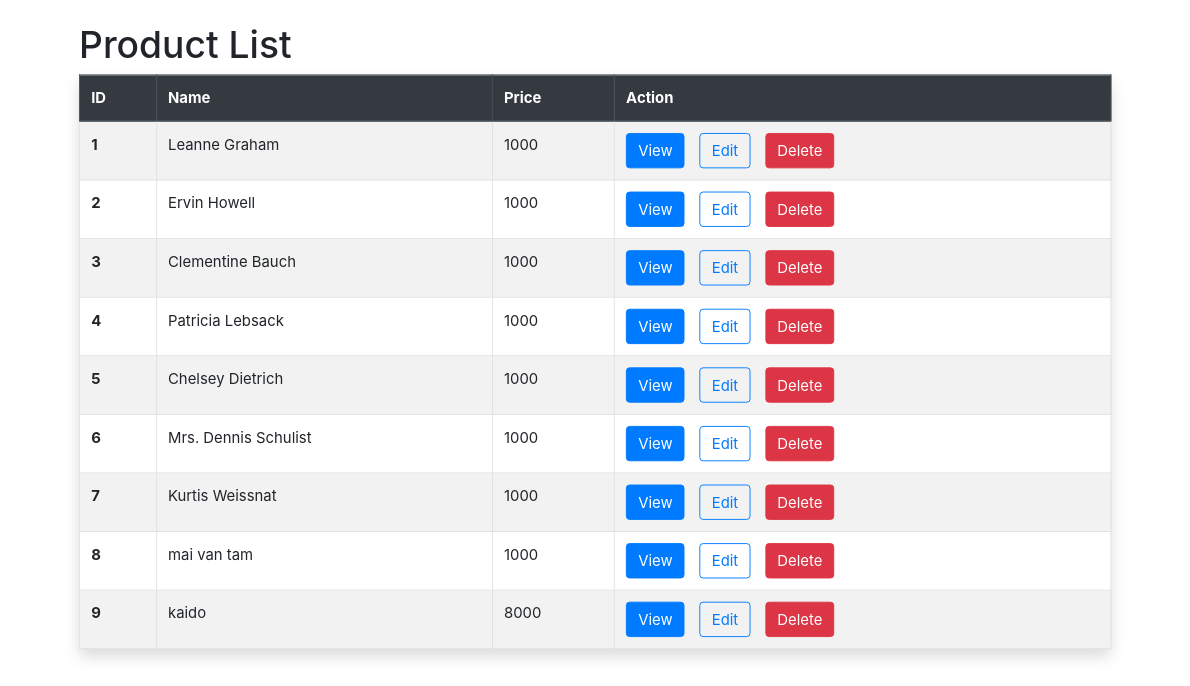
Repository: tammv/crud_product
Page: /manage-product
An editor plug-in stored every save of this project. The page is shown before and after the next save, followed by the edit.
The browser window is 1280 px wide. The pictures show the whole page, at 93% of full size.
The project was rebuilt for these pictures with package versions that can differ from the ones it lists, and the page was loaded fresh each time. Requests to the local data server were answered from the project's data file. Also part of the build but not shown: src/index.css, src/components/pages/NotFound.js, src/components/products/UpdateProduct.js, src/components/products/Product.js, src/components/products/AddProduct.js, src/components/layout/Navbar.js.

Above is the page before, as saved 2023-07-10 21:41:54.

### src/App.js
import React from "react";
import { BrowserRouter as Router, Routes, Route, Navigate } from "react-router-dom";
import ManageProduct from "./components/pages/ManageProduct";
import NotFound from "./components/pages/NotFound";
import UpdateProduct from "./components/products/UpdateProduct";
import Product from "./components/products/Product";
import AddProduct from "./components/products/AddProduct";
import "bootstrap/dist/css/bootstrap.min.css";
import Navbar from "./components/layout/Navbar";

function App() {
  return (
    <Router>
      <div className="App">
        <Routes>
          <Route path="/nav-bả" element={<Navbar />} />
          <Route path="/manage-product" element={<ManageProduct />} />
          <Route path="/products/add" element={<AddProduct />} />
          <Route path="/products/update/:id" element={<UpdateProduct />} />
          <Route path="/products/:id" element={<Product />} />
          <Route path="*" element={<NotFound />} />
        </Routes>
      </div>
    </Router>
  );
}

export default App;

### src/components/pages/ManageProduct.js
import React, { useState, useEffect } from "react";
import axios from "axios";
import { Link } from "react-router-dom";

const ManageProduct = () => {
  const [products, setProducts] = useState([]);
  const [successMessage, setSuccessMessage] = useState("");
  const [errorMessage, setErrorMessage] = useState("");

  useEffect(() => {
    loadProducts();
  }, []);

  const loadProducts = async () => {
    try {
      const response = await axios.get("http://localhost:3000/products");
      setProducts(response.data);
    } catch (error) {
      console.error(error);
    }
  };

  const deleteProduct = async (id) => {
    const confirmed = window.confirm("Are you sure you want to delete this product?");
    if (!confirmed) {
      return;
    }

    try {
      await axios.delete(`http://localhost:3000/products/${id}`);
      setSuccessMessage("Product deleted successfully!");
      setTimeout(() => {
        setSuccessMessage("");
        loadProducts();
      }, 3000);
    } catch (error) {
      setErrorMessage("Error deleting product");
      console.error(error);
    }
  };

  return (
    <div className="container">
      <div className="py-4">
        <h1>Product List</h1>

        {successMessage && <div className="alert alert-success">{successMessage}</div>}
        {errorMessage && <div className="alert alert-danger">{errorMessage}</div>}

        <table className="table table-bordered table-striped shadow">
          <thead className="thead-dark">
            <tr>
              <th scope="col">ID</th>
              <th scope="col">Name</th>
              <th scope="col">Price</th>
              <th scope="col">Action</th>
            </tr>
          </thead>
          <tbody>
            {products.map((product, index) => (
              <tr key={product.id}>
                <th scope="row">{index + 1}</th>
                <td>{product.name}</td>
                <td>{product.price}</td>
                <td>
                  <Link className="btn btn-primary mr-3" to={`/products/${product.id}`}>
                    View
                  </Link>
                  <Link className="btn btn-outline-primary mr-3" to={`/products/update/${product.id}`}>
                    Edit
                  </Link>
                  <button className="btn btn-danger mr-3" onClick={() => deleteProduct(product.id)}>
                    Delete
                  </button>
                </td>
              </tr>
            ))}
          </tbody>
        </table>
      </div>
    </div>
  );
};

export default ManageProduct;

### db.json
{
  "products": [
    {
      "id": 1,
      "name": "Leanne Graham",
      "price": "1000"
    },
    {
      "id": 2,
      "name": "Ervin Howell",
      "price": "1000"
    },
    {
      "id": 3,
      "name": "Clementine Bauch",
      "price": "1000"
    },
    {
      "id": 4,
      "name": "Patricia Lebsack",
      "price": "1000"
    },
    {
      "id": 5,
      "name": "Chelsey Dietrich",
      "price": "1000"
    },
    {
      "id": 6,
      "name": "Mrs. Dennis Schulist",
      "price": "1000"
    },
    {
      "id": 7,
      "name": "Kurtis Weissnat",
      "price": "1000"
    },
    {
      "id": 8,
      "name": "mai van tam",
      "price": "1000"
    },
    {
      "name": "kaido",
      "price": "8000",
      "id": 9
    }
  ]
}

Loaded but not shown: public/index.html (common file); src/index.js (common file); src/reportWebVitals.js (common file)

After the next save:
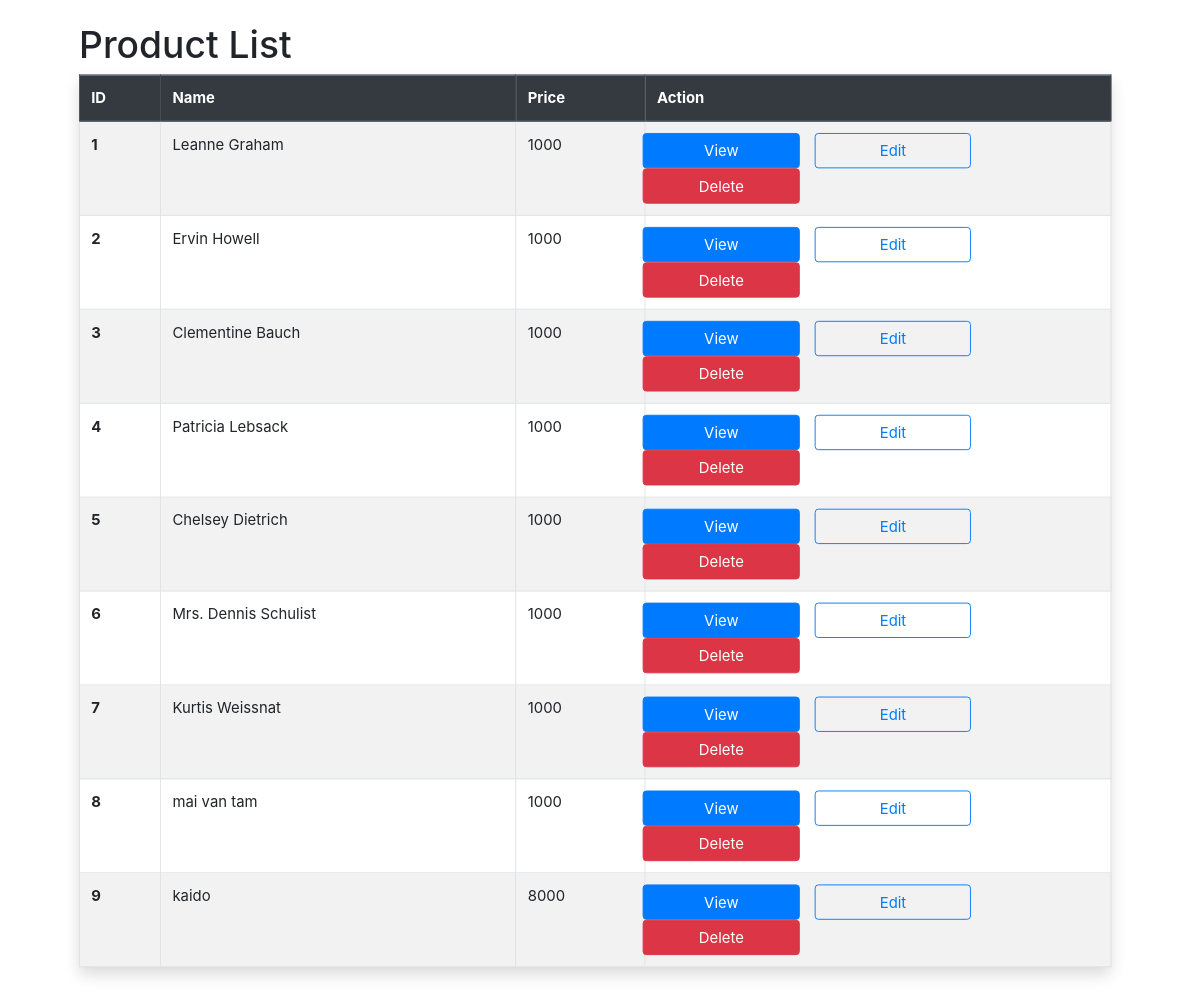
Saved 3 min 1 s later.
--- a/src/components/pages/ManageProduct.js
+++ b/src/components/pages/ManageProduct.js
@@ -63,15 +63,17 @@ const ManageProduct = () => {
                 <td>{product.name}</td>
                 <td>{product.price}</td>
                 <td>
-                  <Link className="btn btn-primary mr-3" to={`/products/${product.id}`}>
-                    View
-                  </Link>
-                  <Link className="btn btn-outline-primary mr-3" to={`/products/update/${product.id}`}>
-                    Edit
-                  </Link>
-                  <button className="btn btn-danger mr-3" onClick={() => deleteProduct(product.id)}>
-                    Delete
-                  </button>
+                  <div className="row">
+                    <Link className="btn btn-primary mr-3 col-4" to={`/products/${product.id}`}>
+                      View
+                    </Link>
+                    <Link className="btn btn-outline-primary mr-3 col-4" to={`/products/update/${product.id}`}>
+                      Edit
+                    </Link>
+                    <button className="btn btn-danger mr-3 col-4" onClick={() => deleteProduct(product.id)}>
+                      Delete
+                    </button>
+                  </div>
                 </td>
               </tr>
             ))}
